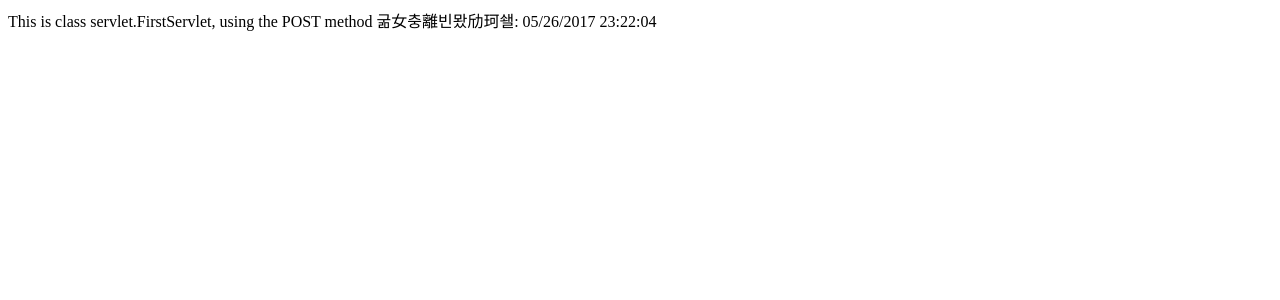
Repository: yksdy/yksdy
Page: http://localhost/servlet/servlet/FirstServlet
These files come from the project's save history. The page is drawn as it stood at one moment and after the next save; the edit follows.
The browser window is 1280 px wide. The pictures show the whole page.
The page is served by Tomcat 9.

Above is the page before, as saved 2017-05-26 23:41:32.

After the next save:
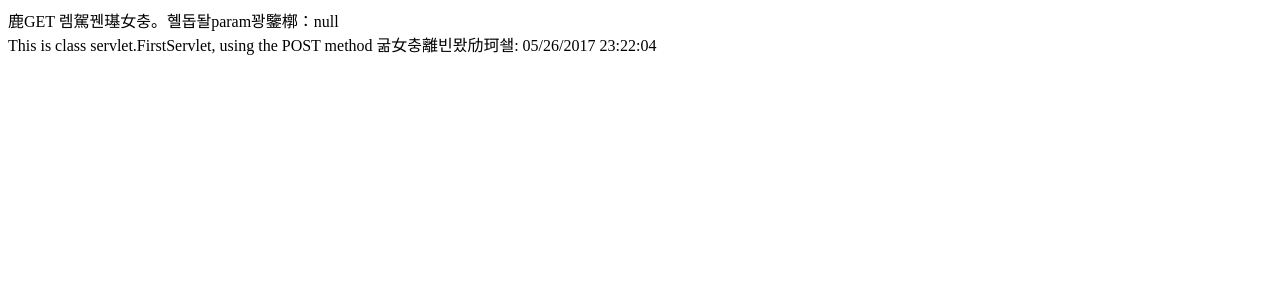
Saved 2 min 51 s later.
--- a/LongLeg/servlet/src/servlet/FirstServlet.java
+++ b/LongLeg/servlet/src/servlet/FirstServlet.java
@@ -91,6 +91,8 @@ public class FirstServlet extends HttpServlet {
 		out.println("  <HEAD><TITLE>A Servlet</TITLE></HEAD>");
 		out.println("  <BODY>");
 
+		out.println("鹿"+method+" 렘駕꿴璂女충。혤돕돨param꽝鑒槨："+param+"<br/>");
+
 		out.print("    This is ");
 		out.print(this.getClass());
 		out.println(", using the POST method");
